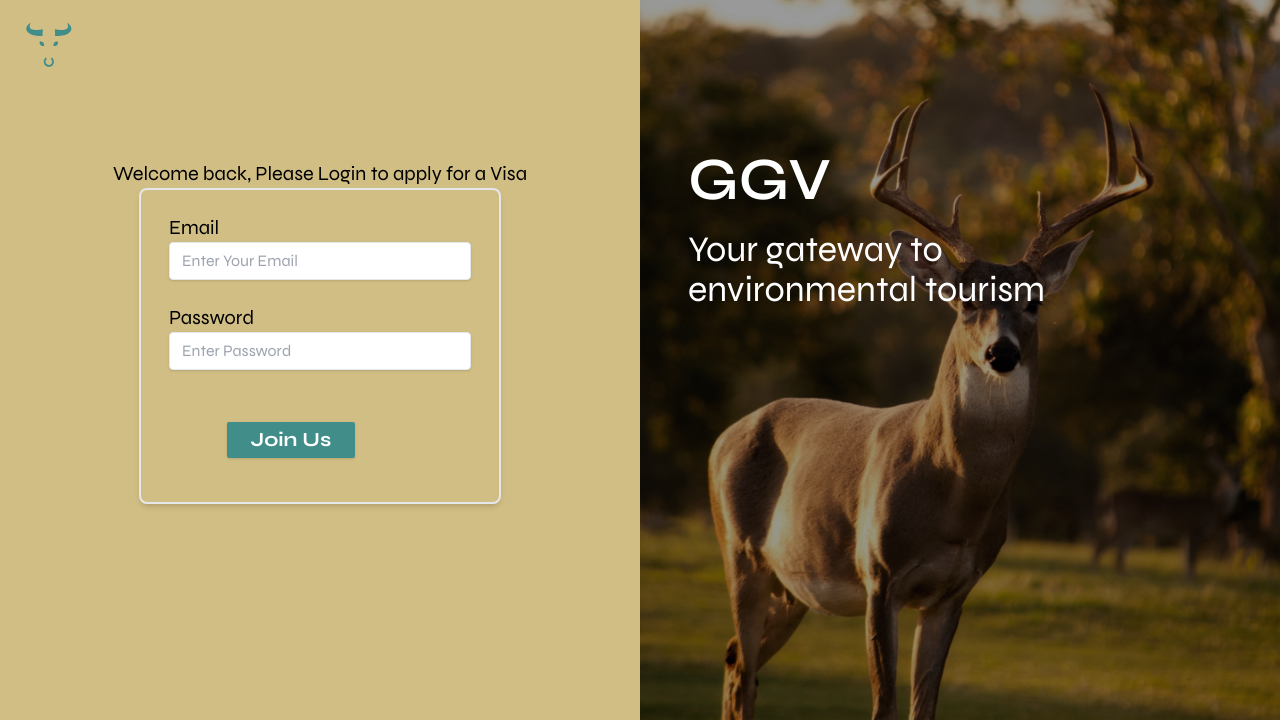
Repository: EngrAhmadUmar/landing-page
Page: /login
The author's editor kept a copy of each file at every save. The page is drawn from the files as they stood at one save, then again after the next save.
The browser window is 1280 px wide. The pictures show the whole page.
The project was rebuilt for these pictures with package versions that can differ from the ones it lists, and the page was loaded fresh each time. The framework's server and built-in components were replaced by stand-ins that run in the browser. Also part of the build but not shown: next.config.js, styles/Home.module.css, src/Components/ApplyPageComponents/ApplyForm.jsx, src/Components/ApplyPageComponents/RegisterForm.jsx.

Above is the page before, as saved 2022-07-08 15:14:28.

After the next save:
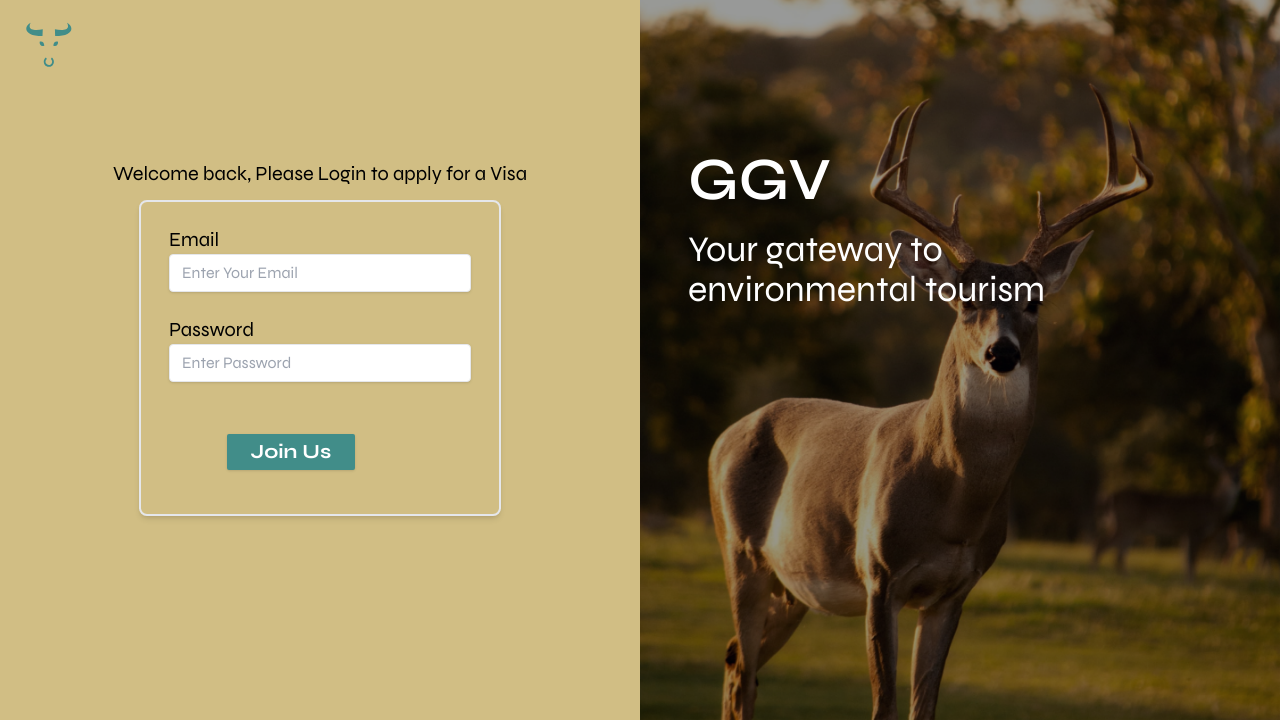
Saved 11 s later.
--- a/src/Components/ApplyPageComponents/LoginForm.jsx
+++ b/src/Components/ApplyPageComponents/LoginForm.jsx
@@ -57,7 +57,7 @@ const Login = () => {
             opacity={100}
           />
         </div>
-        <h3 className="text-center text-xl">
+        <h3 className="text-center text-xl mb-3">
           Welcome back, Please Login to apply for a Visa
         </h3>
         <div className="flex justify-center">
